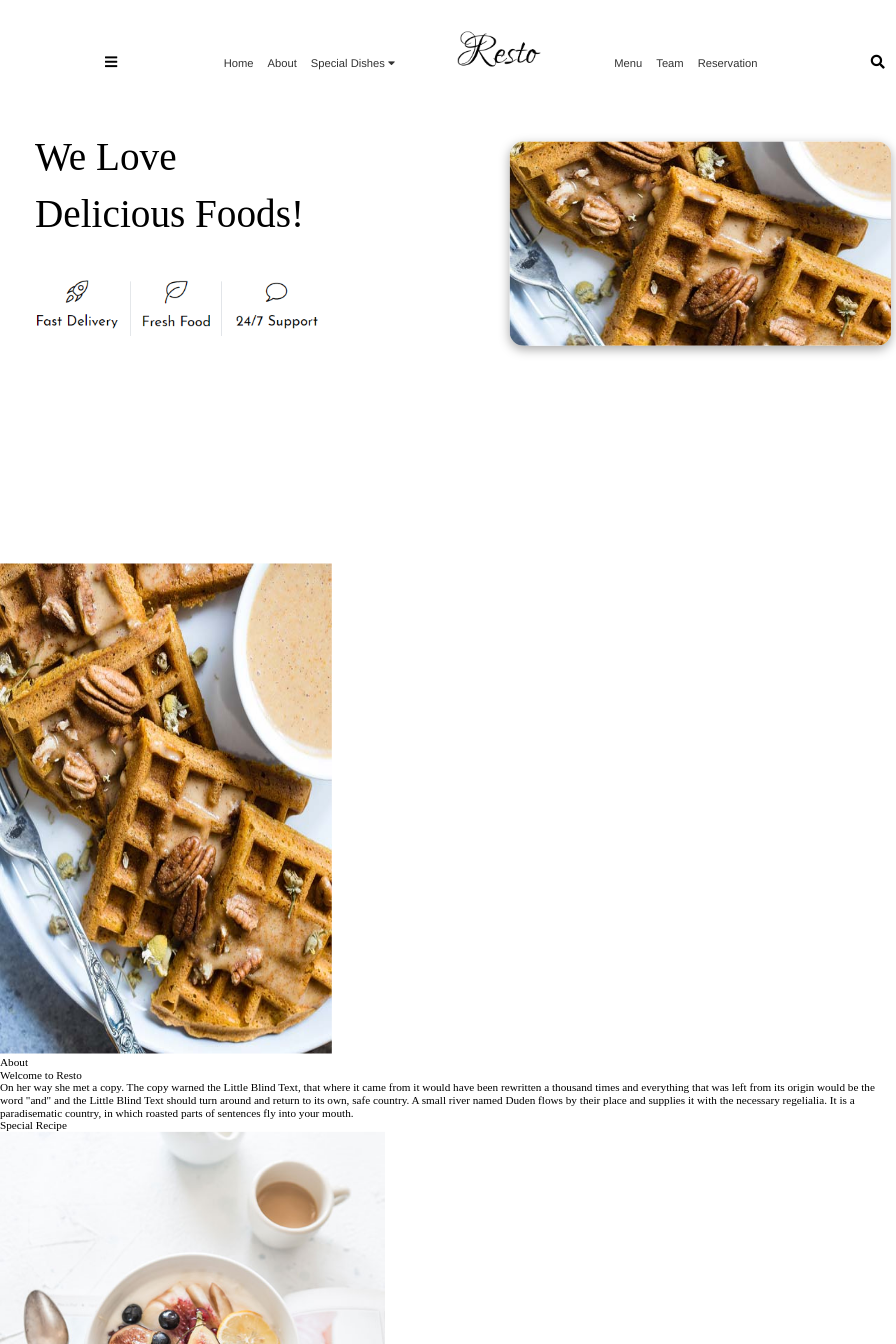
Repository: nguyenanhtuanHDU/myrestaurant
Page: index.html
These files come from the project's save history. The page is drawn as it stood at one moment and after the next save; the edit follows.
The browser window is 1280 px wide. The pictures show the part of the page from y = 0 to 1920 px (the page is 3483 px tall), at 70% of full size.

Above is the page before, as saved 2022-02-01 01:51:09.

After the next save:
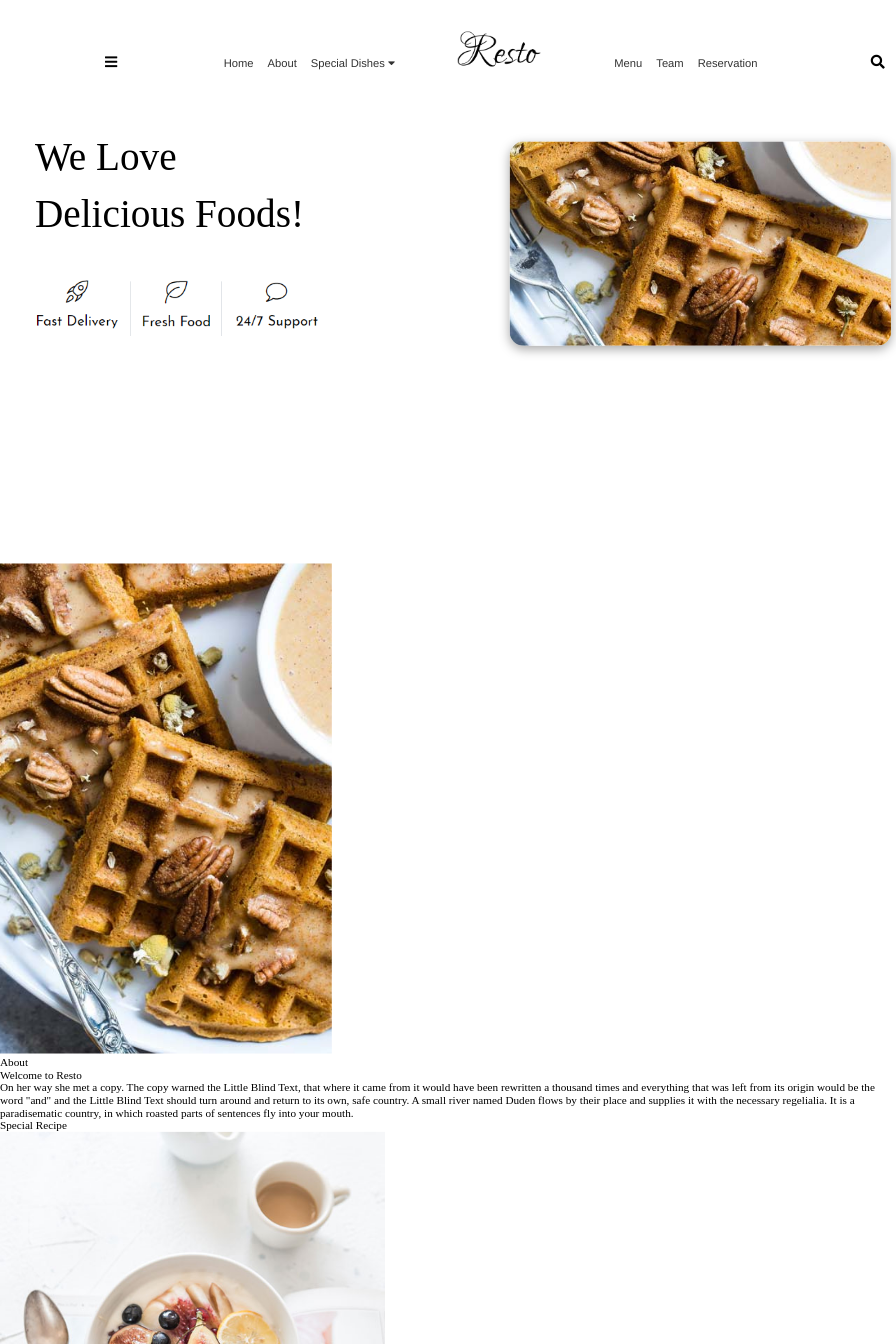
Saved 16 s later.
--- a/assets/style.css
+++ b/assets/style.css
@@ -200,4 +200,5 @@
 .img_about{
     width: 474px;
     height: 700px;
-}
+    object-fit: cover;
+}
